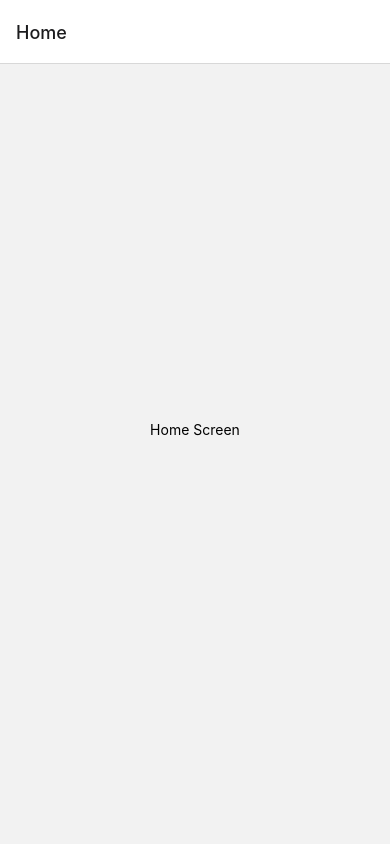
Repository: SadiaNaveed/TravelApp
Screen: /
An editor plug-in stored every save of this project. The screen is shown before and after the next save, followed by the edit.
The app was drawn by React Native's web renderer in a window 390 px wide. The project was rebuilt for these pictures with package versions that can differ from the ones it lists, and the page was loaded fresh each time. Some packages were replaced by stand-ins written for this rebuild. Also part of the build but not shown: components/Slider.js.

Above is the screen before, as saved 2020-11-10 15:16:16.

### index.js
import 'react-native-gesture-handler';
import { registerRootComponent } from 'expo';

import App from './App';

// registerRootComponent calls AppRegistry.registerComponent('main', () => App);
// It also ensures that whether you load the app in the Expo client or in a native build,
// the environment is set up appropriately
registerRootComponent(App);

### App.js
// In App.js in a new project

import * as React from 'react';
import { View, Text } from 'react-native';
import { NavigationContainer } from '@react-navigation/native';
import { createStackNavigator } from '@react-navigation/stack';
import LandingPage from './components/LandingPage';
function HomeScreen() {
  return (
    <View style={{ flex: 1, alignItems: 'center', justifyContent: 'center' }}>
      <Text>Home Screen</Text>
      <LandingPage/>
    </View>
  );
}

const Stack = createStackNavigator();

function App() {
  return (
    <NavigationContainer>
      <Stack.Navigator>
        <Stack.Screen name="Home" component={HomeScreen} />
      </Stack.Navigator>
    </NavigationContainer>
  );
}

export default App;

### components/LandingPage.js
import React, { Component } from 'react';
import Slider from "./Slider";
import { AppRegistry, StyleSheet, Dimensions, Text, ScrollView, View, Button, Image } from 'react-native';

// import { StackNavigator } from 'react-navigation';

const { width } = Dimensions.get("window");
const height = width * 0.6;
const images = [
   'https://images.pexels.com/photos/1792055/pexels-photo-1792055.jpeg?auto=compress&cs=tinysrgb&h=650&w=940',
   'https://images.pexels.com/photos/5168816/pexels-photo-5168816.jpeg?auto=compress&cs=tinysrgb&dpr=1&w=500',
   'https://images.pexels.com/photos/5487986/pexels-photo-5487986.jpeg?auto=compress&cs=tinysrgb&dpr=1&w=500',
   'https://images.pexels.com/photos/2559941/pexels-photo-2559941.jpeg?auto=compress&cs=tinysrgb&h=650&w=940',
'https://images.pexels.com/photos/2387873/pexels-photo-2387873.jpeg?auto=compress&cs=tinysrgb&h=650&w=940',
   // 'https://images.pexels.com/photos/358532/pexels-photo-358532.jpeg?auto=compress&cs=tinysrgb&h=650&w=940',
// 'https://images.pexels.com/photos/533769/pexels-photo-533769.jpeg?auto=compress&cs=tinysrgb&h=650&w=940'
]

export default class LandingPage extends Component {

   render()
 {
    return (
       <View style={styles.container}>

        </View>
    );
 }
}

const styles = StyleSheet.create({
  container: {
      marginTop: 50
   },

});

After the next save:
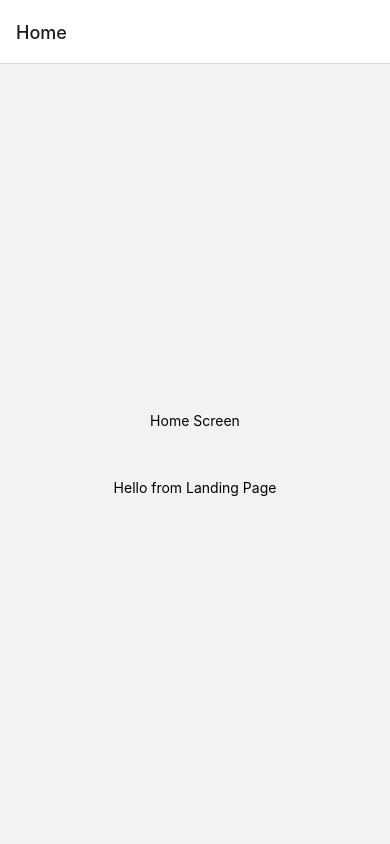
Saved 81 s later.
--- a/components/LandingPage.js
+++ b/components/LandingPage.js
@@ -4,8 +4,7 @@ import { AppRegistry, StyleSheet, Dimensions, Text, ScrollView, View, Button, Im
 
 // import { StackNavigator } from 'react-navigation';
 
-const { width } = Dimensions.get("window");
-const height = width * 0.6;
+
 const images = [
    'https://images.pexels.com/photos/1792055/pexels-photo-1792055.jpeg?auto=compress&cs=tinysrgb&h=650&w=940',
    'https://images.pexels.com/photos/5168816/pexels-photo-5168816.jpeg?auto=compress&cs=tinysrgb&dpr=1&w=500',
@@ -22,7 +21,9 @@ export default class LandingPage extends Component {
  {
     return (
        <View style={styles.container}>
-
+          <Text>
+             Hello from Landing Page
+             </Text>
         </View>
     );
  }
